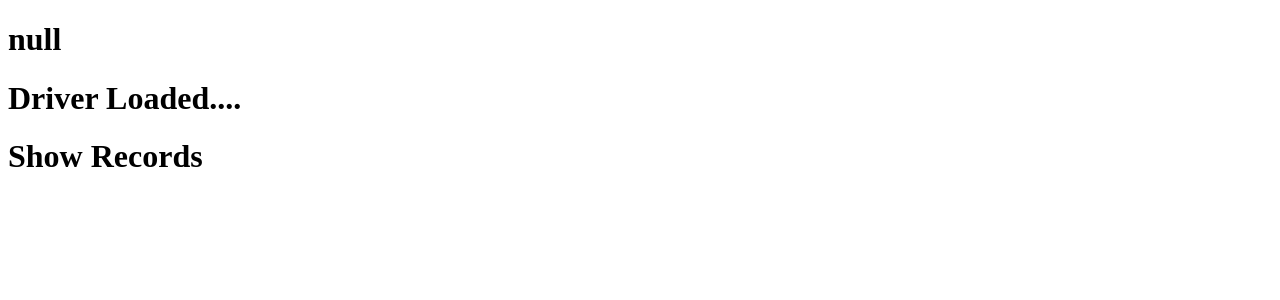
Repository: gajanansp07/Advance_Java_Practice
Page: http://localhost/JDBCCURD/showRec.jsp
These files come from the project's save history. The page is drawn as it stood at one moment and after the next save; the edit follows.
The browser window is 1280 px wide. The pictures show the whole page.
The page is served by Tomcat 9. Queries for data that is not in the repository find no rows.

Above is the page before, as saved 2022-03-17 16:11:06.

### JDBCCURD/src/main/webapp/showRec.jsp
<%@ page language="java" contentType="text/html; charset=ISO-8859-1"
    pageEncoding="ISO-8859-1"%>
    <%@ page import="java.sql.*" %>
<!DOCTYPE html>
<html>
<head>
<meta charset="ISO-8859-1">
<title>Insert title here</title>
</head>
<body>
<%
	String eid = request.getParameter("eid");
	out.println("<h1>"+eid+"<h1>");
	try{
	Class.forName("oracle.jdbc.driver.OracleDriver");
	Connection con = DriverManager.getConnection("jdbc:oracle:thin:@localhost:1521:xe","admin","admin");
	out.println("Driver Loaded....");

	PreparedStatement ps = con.prepareStatement("SELECT * FROM registration where name=?");
	ps.setString(1, eid);
	ResultSet rs = ps.executeQuery();
	ResultSetMetaData rsm = rs.getMetaData();
	if(rs.next()){
		out.println("Record: ");
		for(int i=1;i<=rsm.getColumnCount();i++)
		out.println("<h1>"+rs.getString(i)+"</h1>");
	}
	}catch(Exception e){
		out.println("Error : "+e);
	}
%>
<h1>Show Records</h1>
</body>
</html>

After the next save:
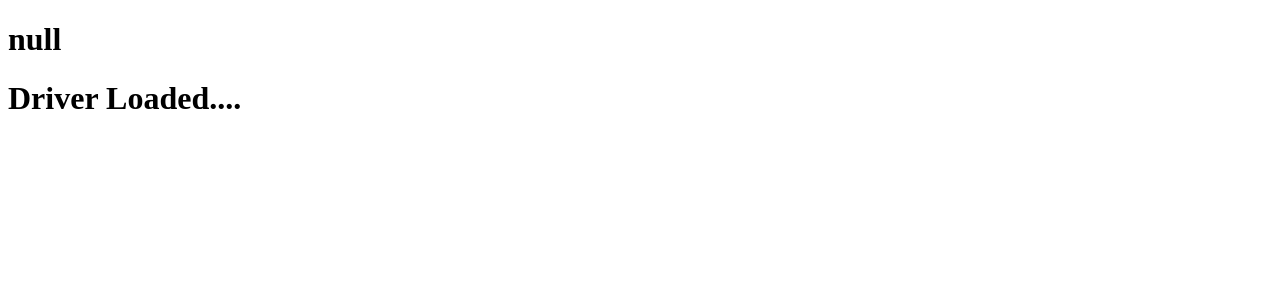
Saved 49 s later.
--- a/JDBCCURD/src/main/webapp/showRec.jsp
+++ b/JDBCCURD/src/main/webapp/showRec.jsp
@@ -29,6 +29,5 @@
 		out.println("Error : "+e);
 	}
 %>
-<h1>Show Records</h1>
 </body>
 </html>
